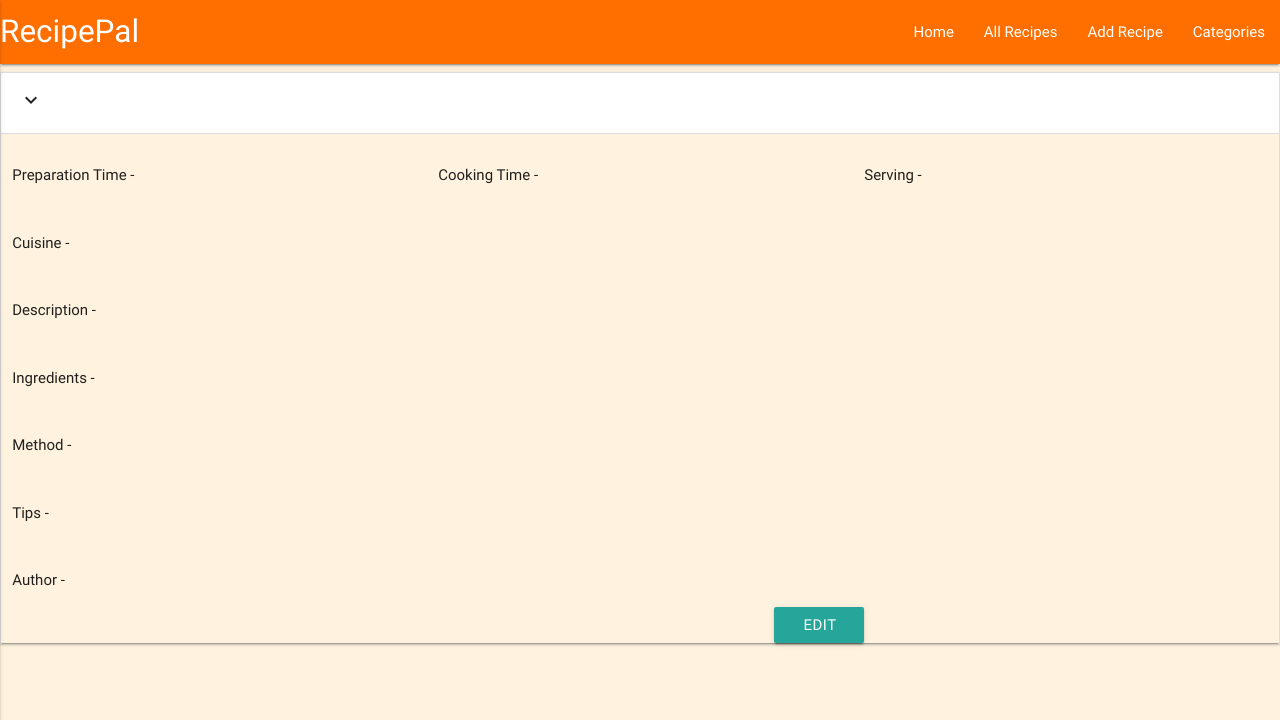
Repository: darhewitt/recipe-app-gp
Page: templates/readrecipe.html
The author's editor kept a record of every edit. The page is drawn from the files as they stood at one moment, then again after the next edit.
The browser window is 1280 px wide. The pictures show the whole page.
Some web libraries are served in a nearby version. The page is served by the project's application, run on Flask 3 (app.py). The template is opened directly, without the code that normally fills it, so the values that code supplies are empty.

Above is the page before.

### templates/readrecipe.html
{% extends 'base.html'%} {% block content %}

<ul class="collapsible">
    <li>
        <div class="collapsible-header">
            <div class="col s6">
                <i class="material-icons">expand_more</i>{{recipe.recipe_name}}
            </div>
        </div>
        <div class="row">
            <div class="input-field col s4">
                <p>Preparation Time - {{recipe.preparation_time}}
                </p>
            </div>
            <div class="input-field col s4">
                <p>Cooking Time - {{recipe.cooking_time}}
                </p>
            </div>
            <div class="input-field col s4">
                <p>Serving - {{recipe.serving}}
                </p>
            </div>
            <div class="input-field col s12">
                <p>Cuisine - {{recipe.cuisine_name}}
                </p>
            </div>
            <div class="input-field col s12">
                <p>Description - {{recipe.recipe_description}}
                </p>
            </div>
            <div class="input-field col s12">
                <p>Ingredients -{{recipe.ingredients}}
                </p>
            </div>
            <div class="input-field col s12">
                <p>Method -{{recipe.method}}
                </p>
            </div>
            <div class="input-field col s12">
                <p>Tips -{{recipe.tips}}
                </p>
            </div>
            <div class="input-field col s12">
                <p>Author -{{recipe.username}}
                </p>
                <div class="col 6">
                <a href="{{url_for('edit_recipe', recipe_id=recipe._id)}}" class="waves-effect waves-light right edit-button btn">Edit</a>
            </div>
            </div>
        </div>
    </li>
</ul>
</form>
</div>
{% endblock %}

### templates/base.html
<!DOCTYPE html>
<html>

<head>
    <link href="{{url_for('static', filename='css/style.css')}}" type="text/css" rel="stylesheet" media="screen,projection" />
    <link href="https://fonts.googleapis.com/icon?family=Material+Icons" rel="stylesheet">
    <link rel="stylesheet" href="https://cdnjs.cloudflare.com/ajax/libs/materialize/0.100.2/css/materialize.min.css">
</head>

<header>
    <nav class="amber darken-4">
        <div class="nav-wrapper">
            <a href="{{url_for('get_recipes')}}" class="brand-logo">RecipePal</a>
            <a href="" data-activates="mobile-demo" class="button-collapse"><i class="material-icons">menu</i></a>
            <ul id="nav-mobile" class="right hide-on-med-and-down">

                <li><a href="{{url_for('get_recipes')}}">Home</a></li>
                <li><a href="{{url_for('get_all_recipes')}}">All Recipes </a></li>
                <li><a href="{{url_for('add_recipe')}}">Add Recipe</a></li>
                <li><a href="{{url_for('get_categories')}} ">Categories</a></li>


            </ul>
            <ul class="side-nav" id="mobile-demo">
                <li><a href="{{url_for('get_recipes')}}">Home</a></li>
                <li><a href="{{url_for('get_all_recipes')}}">All Recipes </a></li>
                <li><a href="{{url_for('add_recipe')}}">Add Recipe</a></li>
                <li><a href="{{url_for('get_categories')}} ">Categories</a></li>

            </ul>
        </div>
    </nav>
</header>

<body>
    {% block content %} {% endblock %}
    <script src="https://cdnjs.cloudflare.com/ajax/libs/jquery/3.2.1/jquery.min.js "></script>
    <script src="https://cdnjs.cloudflare.com/ajax/libs/materialize/0.100.2/js/materialize.min.js "></script>
    <script type="text/javascript ">
        $(document).ready(function() {
            $('.collapsible').collapsible();
            $('select').material_select();
            $('.materialboxed').materialbox();
            $('.parallax').parallax();
            $(".button-collapse").sideNav();
        });
    </script>
</body>

</html>

### app.py
import os
from flask import Flask, render_template, redirect, request, url_for
from flask_pymongo import PyMongo
from bson.objectid import ObjectId

app = Flask(__name__)
app.config["MONGO_DBNAME"] = 'recipes_app'
app.config["MONGO_URI"] = 'mongodb://dhewitt:Apple1991@myfirstcluster-shard-00-00-t0occ.mongodb.net:27017,myfirstcluster-shard-00-01-t0occ.mongodb.net:27017,myfirstcluster-shard-00-02-t0occ.mongodb.net:27017/recipes_app?ssl=true&replicaSet=myFirstCluster-shard-0&authSource=admin&retryWrites=true&w=majority'

mongo = PyMongo(app)


@app.route('/')
@app.route('/get_recipes')
def get_recipes():
    return render_template("recipes.html", recipes=mongo.db.recipes.find())

@app.route('/add_recipe')
def add_recipe():
    return render_template('addrecipe.html',
    cuisine=mongo.db.cuisine.find())

@app.route('/insert_recipe', methods=['POST'])
def insert_recipe():
    recipes = mongo.db.recipes
    recipes.insert_one(request.form.to_dict())
    return redirect(url_for('get_recipes'))

@app.route('/edit_recipe/<recipe_id>')
def edit_recipe(recipe_id):
    the_recipe = mongo.db.recipes.find_one({"_id": ObjectId(recipe_id)})
    all_cuisine = mongo.db.cuisine.find()
    return render_template('editrecipe.html', recipe=the_recipe, cuisine=all_cuisine)


if __name__ == '__main__':
    app.run(host=os.environ.get('IP'),
            port=int(os.environ.get('PORT')),
            debug=True)

### static/css/style.css
.edit-button {
    height: 24px;
    width: 90px;
    margin: 5px 5 px;
    padding: 0 0 5em;
}

.parallax-container {
    min-height: 300px;
    line-height: 0;
    height: auto;
    color: rgba(255, 255, 255, .9);
}

.parallax-container .section {
    width: 100%;
}

@media only screen and (max-width: 992px) {
    .parallax-container .section {
        position: absolute;
        top: 30%;
    }
    #index-banner .section {
        top: 10%;
    }
}

@media only screen and (max-width: 600px) {
    #index-banner .section {
        top: 0;
    }
}

.btn_small {
    height: 24px;
    width: 60px;
    line-height: 24px;
    margin: 5px 5px;
    padding: 0 0.5em;
}

.task_header {
    margin-top: 10px;
    margin-left: 30px;
}

.btn.btn_small {
    padding: 0 0 0;
}

.edit-button {
    margin-left: 50em;
}

.title {
    font-size: xx-large
}

body {
    background-color: #fff3e0;
}

After the next edit:
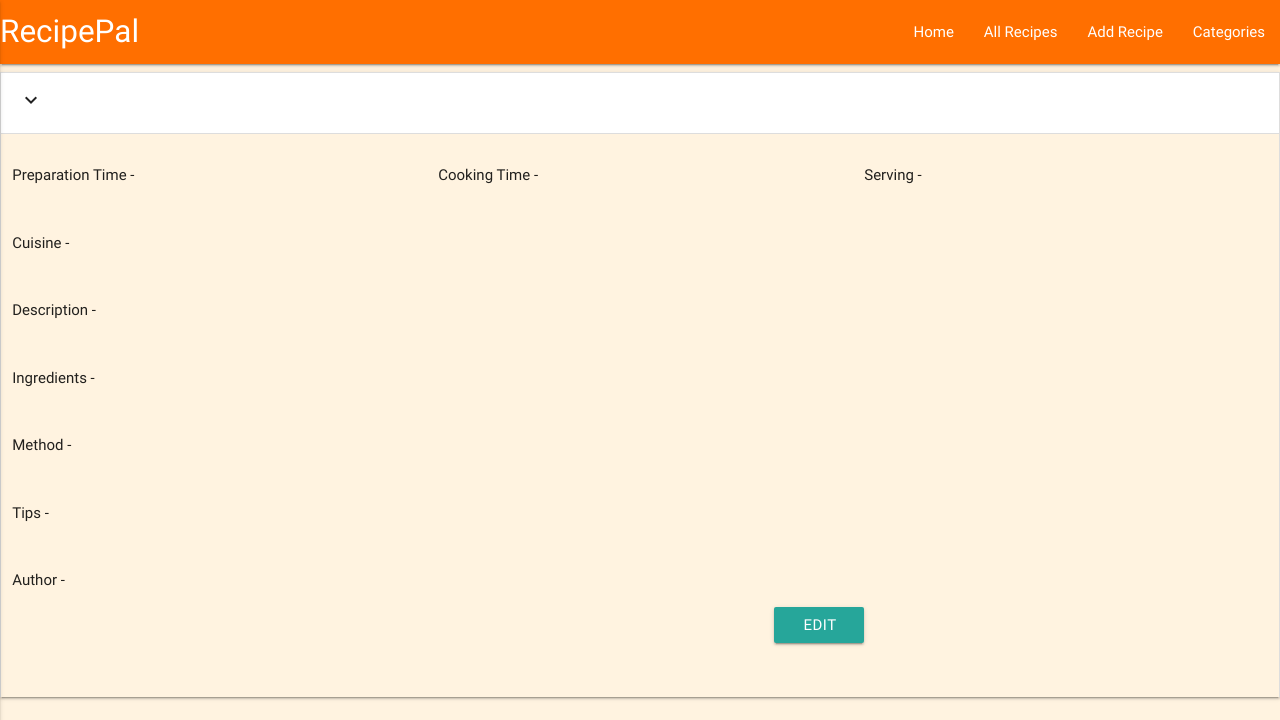
The edit:
--- a/templates/readrecipe.html
+++ b/templates/readrecipe.html
@@ -44,8 +44,10 @@
                 <p>Author -{{recipe.username}}
                 </p>
                 <div class="col 6">
-                <a href="{{url_for('edit_recipe', recipe_id=recipe._id)}}" class="waves-effect waves-light right edit-button btn">Edit</a>
-            </div>
+                    <a href="{{url_for('edit_recipe', recipe_id=recipe._id)}}" class="waves-effect waves-light right edit-button btn">Edit</a>
+                    <br><br>
+                    <br><br>
+                </div>
             </div>
         </div>
     </li>
